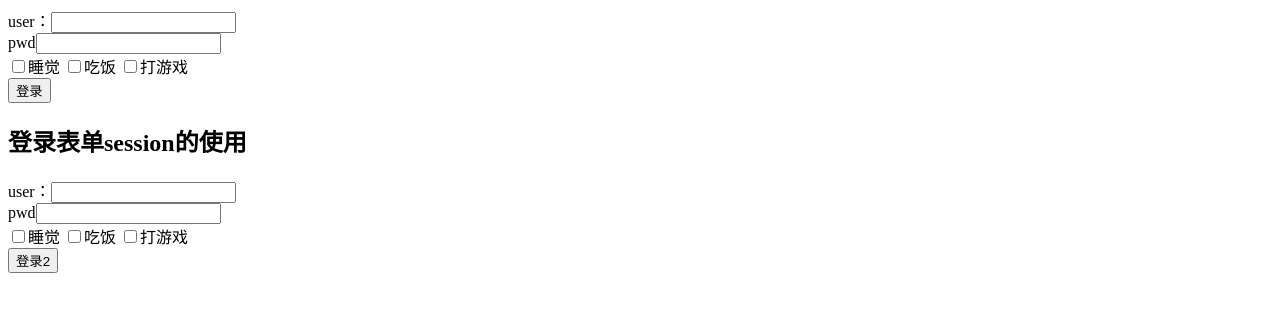
Repository: 0qiqi0/DOM-CSS-JS-JSP-study
Page: http://localhost/JSP2_02_inner_obj/request.jsp
These files come from the project's save history. The page is drawn as it stood at one moment and after the next save; the edit follows.
The browser window is 1280 px wide. The pictures show the whole page.
The page is served by Tomcat 9.

Above is the page before, as saved 2016-01-29 12:16:48.

### JSP2_02_inner_obj/WebContent/request.jsp
<%@ page language="java" contentType="text/html; charset=UTF-8"
    pageEncoding="UTF-8"%>
<!DOCTYPE html PUBLIC "-//W3C//DTD HTML 4.01 Transitional//EN" "http://www.w3.org/TR/html4/loose.dtd">
<html>
<head>
<meta http-equiv="Content-Type" content="text/html; charset=UTF-8">
<title>Insert title here</title>
</head>
<body>
	<form action="request_receive.jsp" method="post" >
		user：<input type="text" name="user"/><br/>
		pwd<input type="password" name="pwd"/><br/>
		<input type="checkbox" name="likes" value="睡觉">睡觉
		<input type="checkbox" name="likes" value="吃饭">吃饭
		<input type="checkbox" name="likes" value="打游戏">打游戏<br/>



		<input type="submit" value="登录"/><br/>
	</form>
	<h2>登录表单session的使用</h2>
	<form action="session.jsp" method="post" >
		user：<input type="text" name="user"/><br/>
		pwd<input type="password" name="pwd"/><br/>
		<input type="checkbox" name="likes" value="睡觉">睡觉
		<input type="checkbox" name="likes" value="吃饭">吃饭
		<input type="checkbox" name="likes" value="打游戏">打游戏<br/>



		<input type="submit" value="登录2"/><br/>
	</form>
</body>
</html>

After the next save:
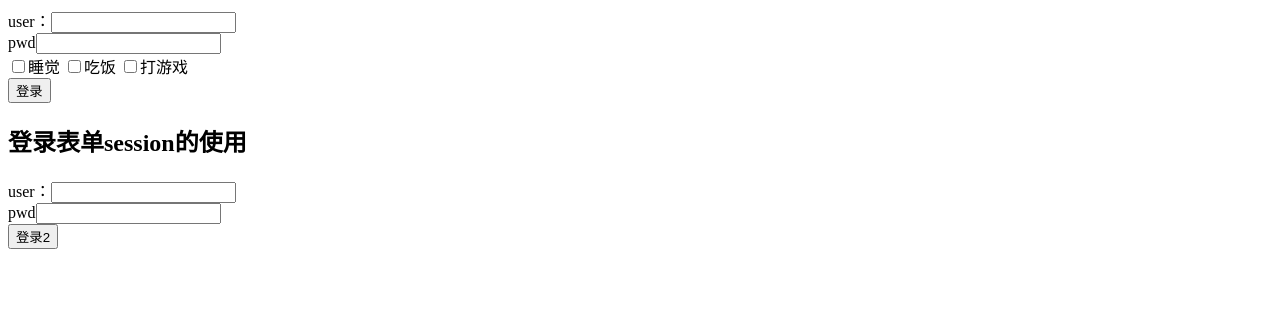
Saved 78 s later.
--- a/JSP2_02_inner_obj/WebContent/request.jsp
+++ b/JSP2_02_inner_obj/WebContent/request.jsp
@@ -20,11 +20,9 @@
 	</form>
 	<h2>登录表单session的使用</h2>
 	<form action="session.jsp" method="post" >
-		user：<input type="text" name="user"/><br/>
+		user：<input type="text" name="name"/><br/>
 		pwd<input type="password" name="pwd"/><br/>
-		<input type="checkbox" name="likes" value="睡觉">睡觉
-		<input type="checkbox" name="likes" value="吃饭">吃饭
-		<input type="checkbox" name="likes" value="打游戏">打游戏<br/>
+
 
 
 
